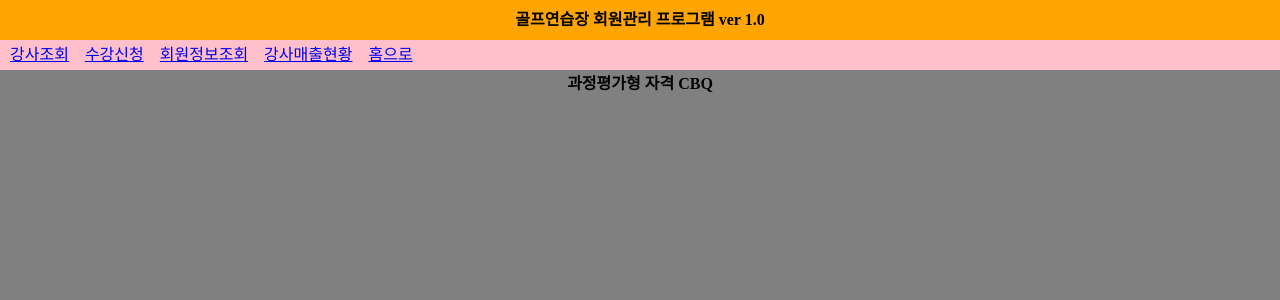
Repository: wjdwlgns1101/school_hrd
Page: http://localhost/hrd_30111_1_/
These files come from the project's save history. The page is drawn as it stood at one moment and after the next save; the edit follows.
The browser window is 1280 px wide. The pictures show the whole page.
The page is served by Tomcat 9.

Above is the page before, as saved 2024-05-06 13:53:57.

### hrd_30111_(1)/hrd_30111(1)/src/main/webapp/index.jsp
<%@ page language="java" contentType="text/html; charset=UTF-8"
    pageEncoding="UTF-8"%>
<!DOCTYPE html>
<html>
<head>
<meta charset="UTF-8">
<title>Insert title here</title>
</head>
<body>
<jsp:include page="header.jsp"></jsp:include>
<section style="position: fixed; background-color: gray; top: 70px; text-align: center; left: 0; width: 100%; height: 100%; ">
<b style="top: 10px;">과정평가형 자격 CBQ<b>


</section>


<jsp:include page="footer.jsp"></jsp:include>
</body>
</html>

### hrd_30111_(1)/hrd_30111(1)/src/main/webapp/header.jsp
<%@ page language="java" contentType="text/html; charset=UTF-8"
    pageEncoding="UTF-8"%>
<!DOCTYPE html>
<html>
<head>
<meta charset="UTF-8">
<title>Insert title here</title>
</head>
<body>
<header style="position: fixed; background-color: orange; width: 100%; height: 40px; padding: 0; left: 0; top: 0; text-align: center; line-height: 40px;'">
	<b>골프연습장 회원관리 프로그램 ver 1.0</b>

<nav style="background-color: pink; text-align: left; padding-left: 10px; height: 30px; line-height: 30px;" >

	<a href="#">강사조회</a> &nbsp;&nbsp;
	<a href="#">수강신청</a> &nbsp;&nbsp;
	<a href="#">회원정보조회</a> &nbsp;&nbsp;
	<a href="#">강사매출현황</a> &nbsp;&nbsp;
	<a href="index.jsp">홈으로</a>

</nav>

</header>


</body>
</html>

Loaded but not shown: hrd_30111_(1)/hrd_30111(1)/src/main/webapp/footer.jsp (common file)

After the next save:
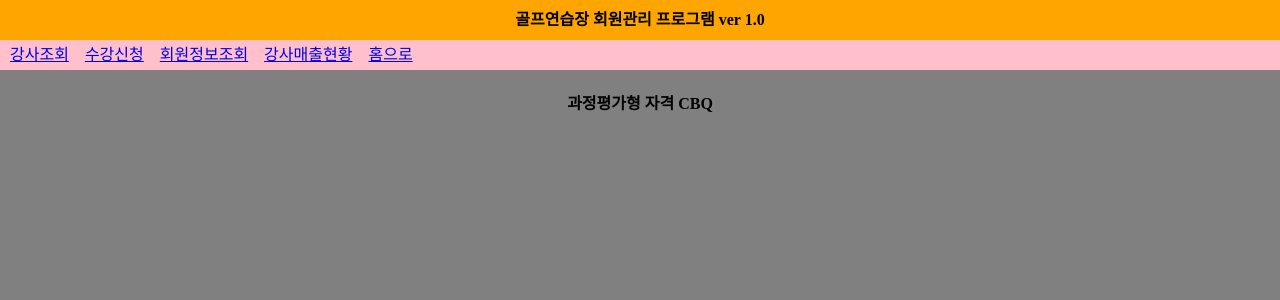
Saved 56 s later.
--- a/hrd_30111_(1)/hrd_30111(1)/src/main/webapp/index.jsp
+++ b/hrd_30111_(1)/hrd_30111(1)/src/main/webapp/index.jsp
@@ -8,8 +8,8 @@
 </head>
 <body>
 <jsp:include page="header.jsp"></jsp:include>
-<section style="position: fixed; background-color: gray; top: 70px; text-align: center; left: 0; width: 100%; height: 100%; ">
-<b style="top: 10px;">과정평가형 자격 CBQ<b>
+<section style="position: fixed; background-color: gray; top: 70px; text-align: center; left: 0; width: 100%; height: 100%; padding-top: 20px;">
+<b style="padding-top: 10px;">과정평가형 자격 CBQ<b>
 
 
 </section>
